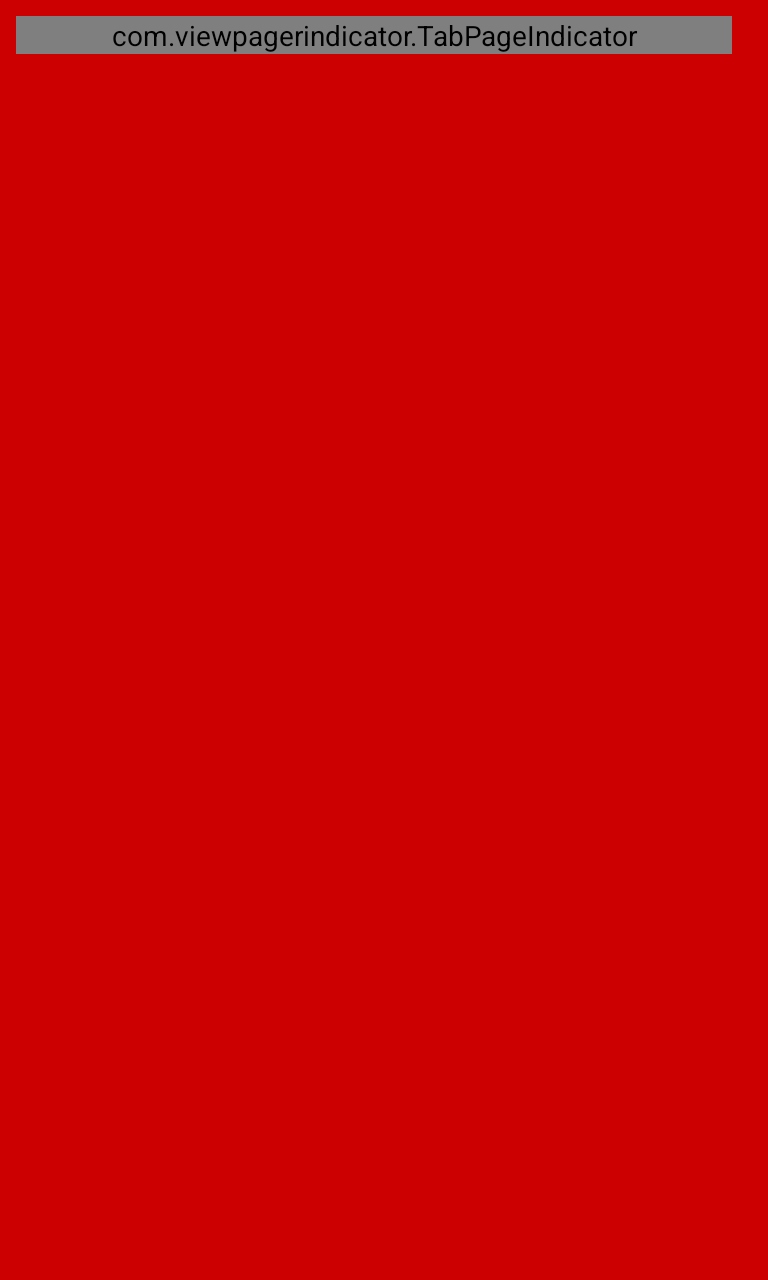
Repository: erwasambo/greendevelopment
Layout: GreenDevelopment/NASCuisine/res/layout/layout_patients_fragment.xml
An editor plug-in stored every save of this project. The layout is shown before and after the next save, followed by the edit.
Pictures or frames that could not be fetched are drawn as grey boxes. It is drawn on a 768 x 1280 px phone screen (xhdpi) without system bars, with theme AppTheme; the app's code is not run. Lists and similar views that code fills are empty.

Above is the layout before, as saved 2013-12-04 08:08:32.

### GreenDevelopment/NASCuisine/res/layout/layout_patients_fragment.xml
<?xml version="1.0" encoding="utf-8"?>
	<ScrollView xmlns:android="http://schemas.android.com/apk/res/android"
	    xmlns:tools="http://schemas.android.com/tools"
        android:id="@+id/ptr_scrollview"
        android:layout_width="match_parent"
        android:layout_height="match_parent"
        android:padding="8dp"
        android:scrollbarStyle="outsideInset"
         android:background="@color/purple">

	    <RelativeLayout

            android:layout_height="match_parent"
            android:layout_width="match_parent"
            android:orientation="vertical"
            android:background="@color/purple">


		    <com.viewpagerindicator.TabPageIndicator
		        android:id="@+id/indicator"
		        android:layout_height="wrap_content"
		        android:layout_width="fill_parent"
		        android:background="@color/white"
		        />
		    <android.support.v4.view.ViewPager
		        android:id="@+id/pager"
		        android:layout_width="fill_parent"
		        android:layout_height="0dp"
		        android:layout_weight="1"
		        />

             <!-- Create and load listview
             <com.nas.cuisine.StaggeredGridView
		        android:id="@+id/staggeredGridView1"
		         xmlns:staggered="http://schemas.android.com/apk/res-auto"
		        staggered:numColumns="2"
		        staggered:drawSelectorOnTop="true"
		        android:layout_width="match_parent"
		        android:layout_height="match_parent" />   -->
        </RelativeLayout>
    </ScrollView>

### GreenDevelopment/NASCuisine/res/values/colors.xml
<?xml version="1.0" encoding="utf-8"?>

<!--
  ~ Copyright 2013 Chris Banes
  ~
  ~ Licensed under the Apache License, Version 2.0 (the "License");
  ~ you may not use this file except in compliance with the License.
  ~ You may obtain a copy of the License at
  ~
  ~     http://www.apache.org/licenses/LICENSE-2.0
  ~
  ~ Unless required by applicable law or agreed to in writing, software
  ~ distributed under the License is distributed on an "AS IS" BASIS,
  ~ WITHOUT WARRANTIES OR CONDITIONS OF ANY KIND, either express or implied.
  ~ See the License for the specific language governing permissions and
  ~ limitations under the License.
  <color name="black">#FF000000</color>
  -->

<resources>
     <color name="white">#FFFFFF</color>
	 <color name="canvas">#CC0000</color>
		<color name="bar">#CC0000</color>
     <color name="black">#FF000000</color>
     <color name="purple">#CC0000</color>
    <color name="holo_dark_green">@color/purple</color>
	<color name="default_progress_bar_color">@color/white</color>
	 <color name="abs__background_holo_dark">@color/purple</color>
    <color name="abs__background_holo_light">@color/purple</color>
    <color name="abs__bright_foreground_holo_dark">@color/purple</color>
    <color name="abs__bright_foreground_holo_light">@color/purple</color>
    <color name="abs__bright_foreground_disabled_holo_dark">@color/purple</color>
    <color name="abs__bright_foreground_disabled_holo_light">@color/purple</color>
</resources>

Loaded but not shown: GreenDevelopment/NASCuisine/res/values/styles.xml (common file); GreenDevelopment/NASCuisine/res/values-v11/styles.xml (common file); GreenDevelopment/NASCuisine/res/values-v14/styles.xml (common file)

After the next save:
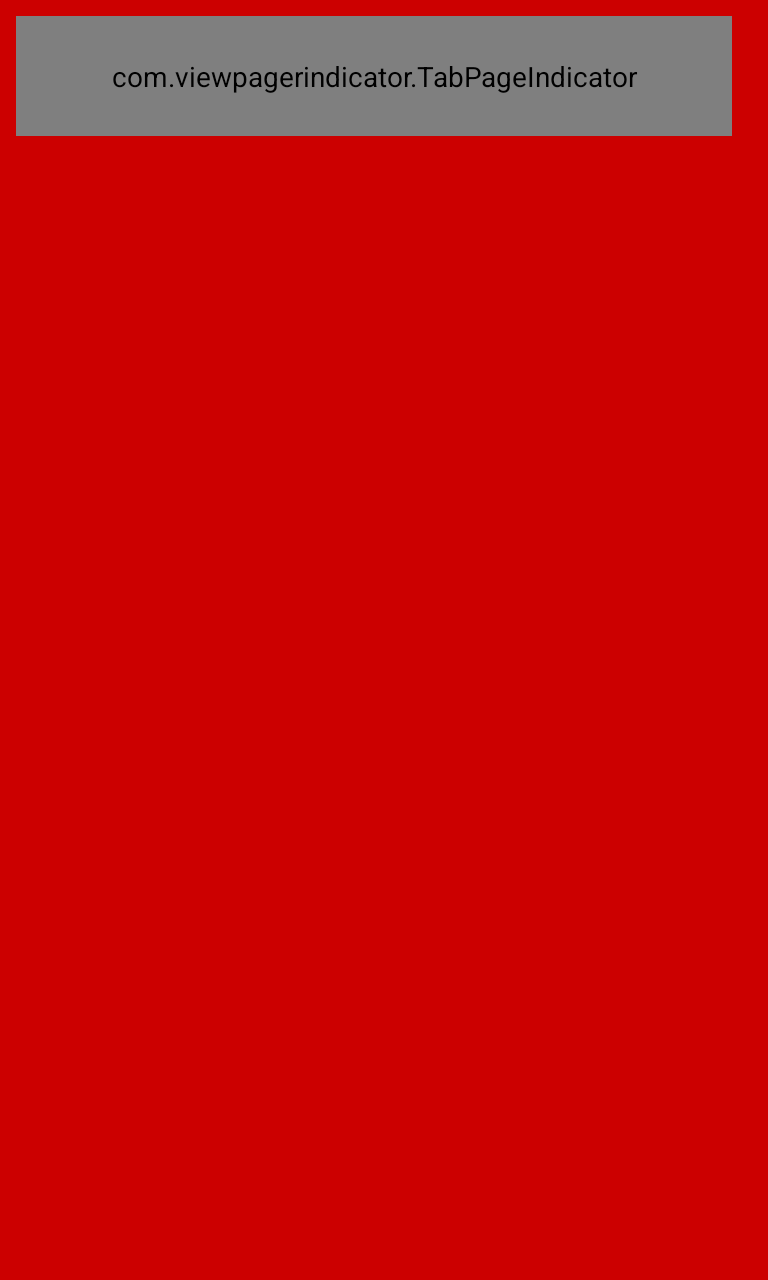
Saved 55 s later.
--- a/GreenDevelopment/NASCuisine/res/layout/layout_patients_fragment.xml
+++ b/GreenDevelopment/NASCuisine/res/layout/layout_patients_fragment.xml
@@ -18,7 +18,7 @@
 
 		    <com.viewpagerindicator.TabPageIndicator
 		        android:id="@+id/indicator"
-		        android:layout_height="wrap_content"
+		        android:layout_height="60dp"
 		        android:layout_width="fill_parent"
 		        android:background="@color/white"
 		        />
